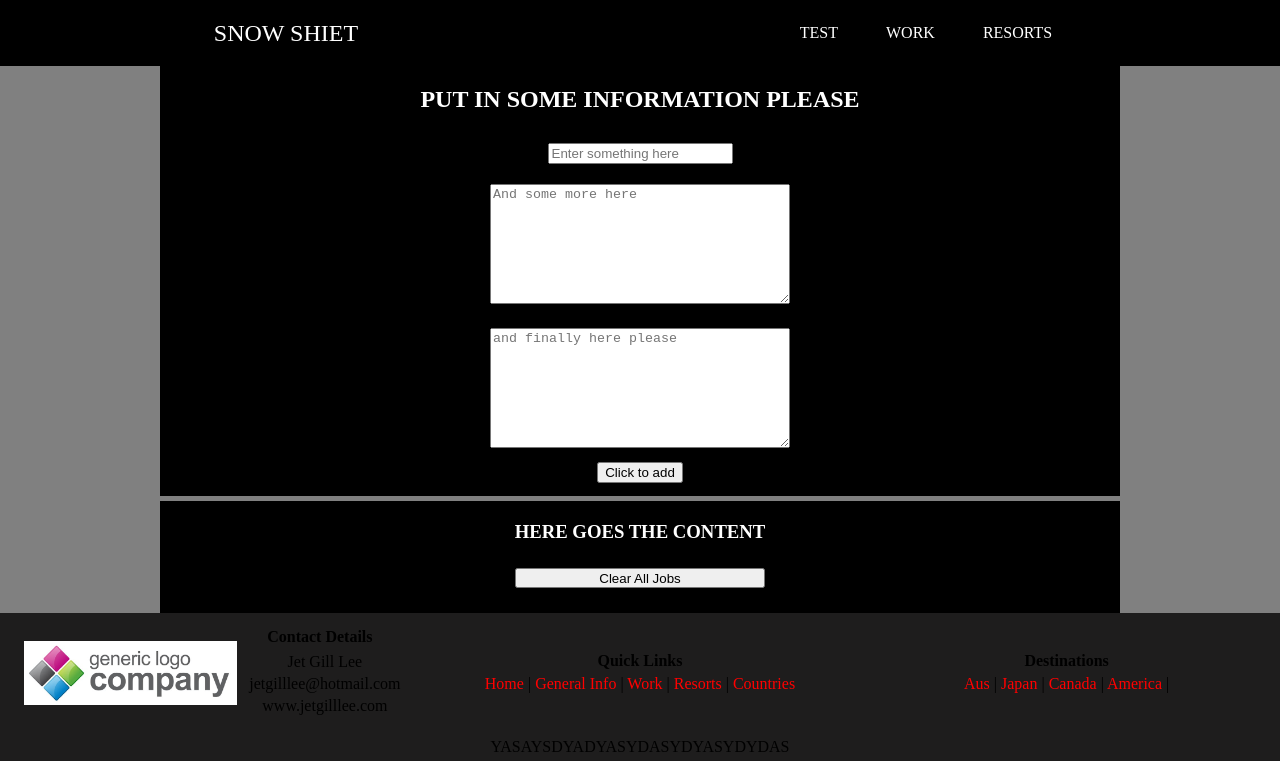
Repository: Jet-Gill-Lee/SnowSite
Page: submit-stuff.html
These files come from the project's save history. The page is drawn as it stood at one moment and after the next save; the edit follows.
The browser window is 1280 px wide. The pictures show the whole page.

Above is the page before, as saved 2021-07-24 23:12:14.

### submit-stuff.html
<!DOCTYPE html>
<html lang="en">
<head>
  <meta charset="UTF-8">
  <meta http-equiv="X-UA-Compatible" content="IE=edge">
  <meta name="viewport" content="width=device-width, initial-scale=1.0">
  <title>Document</title>
  <script src="submitScript.js" defer></script>
  <link rel="stylesheet" href="./css/submitStuff.css"></style>
  <link rel="stylesheet" href="./css/stylesheet.css">
</head>
<div class="navbar">
  <div class="brand-title"><a href='index.html'>SNOW SHIET</a></div>
    <a href='#' class='toggle-button'>
    <span class="bar"></span>
    <span class="bar"></span>
    <span class="bar"></span></a>
  <div class="navbar-links">
    <ul>
      <li><a href="submit-stuff.html">TEST</a></li>
      <li><a href="work-overview.html">WORK</a></li>
      <li><a href="resorts-overview.html">RESORTS</a></li>
    </ul>
  </div>
</div>

  <div class="form-container">
    <h2>PUT IN SOME INFORMATION PLEASE</h2>
    <div id='error'></div>
    <form id="addNewJob">
    <div class='form-box'>
      <!-- <label for="job-title"></label> -->
      <input type="text" id='job-title' placeholder="Enter something here">
    </div>
    <div class='form-box'>
      <!-- <label for="job-descrip"></label> -->
      <textarea id='job-descrip' placeholder="And some more here" style='width:300px;height:120px;'></textarea>
    </div>
    <div class='form-box'>
      <!-- <label for="job-benefits"></label> -->
      <textarea id='job-benefits' placeholder="and finally here please" style='width:300px;height:120px;'></textarea>
    </div>
    <div class="form-button">
      <button id='btn'>Click to add</button>
    </div>
    <div id="msg">
      <pre></pre>
    </div>
    </form>
    </div>
</div>
  <div class="section-header"><h3>HERE GOES THE CONTENT</h3></div>
  <div id="job-listings">
      <!-- JOB LISTING CONTENT GOES HERE -->
  </div>
  <div id='button-back'>
  <button id='btn2'>Clear All Jobs</button>
  </div>
  <div class="footer">
    <div class='footer-flex-container'>
      <div class="footer-flex-item contact">
        <img src="./image/generic-logo.jpg" alt="" srcset="" style='width:50%'>
        <div class="text-wrapper">
        <h4>Contact Details</h3>
        <p>Jet Gill Lee</p>
        <p>jetgilllee@hotmail.com
        </p>
        <p>www.jetgilllee.com</p>
        </div>
      </div>
      <div class="footer-flex-item flex-gen-links">
        <div class='link-wrapper'>
          <h4>Quick Links</h4>
        <a href="index.html">Home</a> <span> | </span>
        <a href="general-info.html">General Info</a><span> | </span>
        <a href="work-overview.html">Work</a><span> | </span>
        <a href="resorts-overview.html">Resorts</a><span> | </span>
        <a href="country-splash.html">Countries</a>
        </div>
      </div>
      <div class="footer-flex-item flex-links">
        <div class="link-wrapper">
            <h4>Destinations</h4>
          <a href="country.html">Aus</a> <span> | </span>
          <a href="country.html">Japan</a> <span> | </span>
          <a href="country.html">Canada</a> <span> | </span>
          <a href="country.html">America</a> <span> | </span>
        </div>
      </div>
    </div>
    <div class="copyright">YASAYSDYADYASYDASYDYASYDYDAS</div>
  </div>


</body>
</html>

### submitScript.js

let jobList = []
const addJob = (e) => {
  e.preventDefault()
  let newJob = {
    id: Date.now(),
    jobTitle: document.getElementById('job-title').value,
    jobDescrip: document.getElementById('job-descrip').value,
    jobBenefits: document.getElementById('job-benefits').value
  }
  if (newJob.jobTitle === '' || newJob.jobDescrip === '' || newJob.jobBenefits === ''){
    let error = document.getElementById('error');
    error.textContent = 'You must fill out all fields'
    return
  }
  document.querySelector('#addNewJob').reset();
  const jobInfo = newJob
  const { jobTitle, jobDescrip, jobBenefits } = jobInfo
  const newJobBox = document.createElement('div');
  newJobBox.classList.add('job-box')
  const jobBoxContent = `
                        <div class='job-box-column job-box-title'><h4>Title</h4><span>${jobTitle}</span></div>
                        <div class='job-box-column job-box-content'><h5>Header</h5><span>${jobDescrip}</span></div>
                        <div class='job-box-column job-box-content'><h5>Second Header</h5><span>${jobBenefits}</span></div>
                        `

  // const newContent = document.createTextNode(`Job Title: ${jobTitle} - Job Description: ${jobDescrip} - Job Benefits: ${jobBenefits}`)
  newJobBox.innerHTML = jobBoxContent
  const jobListings = document.getElementById('job-listings')
  jobListings.append(newJobBox)
  // newDiv.append(newContent);
  // const currentDiv = document.getElementById('job-listings')
  // currentDiv.append(newDiv)
  localStorage.setItem('JobList', jobListings.innerHTML)
  }
//   let pre = document.querySelector('.job-listings div');
//   pre.textContent = '\n' + JSON.stringify(jobList, '\t', 2);
// }

const clearJobs = (e) => {
  e.preventDefault();
  var jobList = document.getElementById('job-listings')
  while (jobList.firstChild){
    jobList.firstChild.remove()
  }
  localStorage.removeItem('JobList')
}
document.addEventListener('DOMContentLoaded', () => {
  document.getElementById('btn').addEventListener('click', addJob)
  document.getElementById('btn2').addEventListener('click', clearJobs)
});
//should it be done like this? not sure how it'll
document.body.onload = getSavedJobs;
function getSavedJobs() {
  const savedJobs = localStorage.getItem('JobList')
  if (!savedJobs){
    console.log('no local storage')
  } else {
    const jobList = document.getElementById('job-listings')
    jobList.innerHTML = savedJobs;
    console.log('get local storage')
  }
}

### css/submitStuff.css

* {
  box-sizing: border-box;
}
body {
  background-color: grey;
}
.form-container {
  width: 75%;
  min-width: 380px;
  min-height: 20vh;
  background-color: black;
  display: flex;
  flex-direction: column;
  justify-content: center;
  align-items: center;
  margin: auto;
  color: white;
  text-align: center;
}

#addNewJob {
  display:flex;
  flex-direction: column;
  align-items: center;
  justify-content: start;
}
#error {
  color: white;

}
.form-box {
  padding: 10px;
}
#btn {

  margin: auto;
}
#job-listings {
  display:flex;
  width:75%;
  min-width: 380px;
  background-color: black;
  color: white;
  margin:auto;
  justify-content: flex-start;
  flex-direction: column;
  text-align: center;
  min-width: 380px;

}
.job-box {
  display: flex;
  justify-content: space-around;
  margin-left: 30px;
  margin-right: 30px;
  margin-bottom: 30px;
  margin: none;
  flex-wrap: wrap;
}
.job-box-column {
  display:flex;
  flex-direction: column;
  align-items: center;
  border: 1px solid white;
  flex: 2;
  text-align: center;
  padding: 10px;
}
.job-box-title {
  flex: 1;
}
.job-box-title h4 {
  margin-top: 5%;
  margin-bottom: 5%;
}
.job-box-content{
  min-width: 300px;
}
.job-box-content h5 {
  margin-top: 4%;
}


#btn2 {
 width: 250px;
 height: 20px;
 display:block;
 margin:auto;
}
.section-header{
  width:75%;
  background-color: black;
  color: white;
  margin:auto;
  padding: 25px;
  text-align: center;
  padding-top: 20px;
  min-width: 380px;
  margin-top: 5px;

}
.section-header h3{
  padding-top: 0px;
  margin:0;
}
#button-back{
  width:75%;
  background-color: black;
  margin:auto;
  padding-bottom: 25px;
  min-width: 380px;

}

### css/stylesheet.css
body {
  margin:0;
  padding:0;
}
* {
  box-sizing: border-box;
}
.hero {
  background: url('../image/background-desktop.jpg');
  background-repeat: no-repeat;
  background-size: cover;
  background-position: 50% 0;
  height: 100vh;
}
.navbar {
  display: flex;
  background-color: rgba(0, 0, 0);
  justify-content: space-around;
  align-items: center;
  box-sizing: unset;
}
.brand-title {
  font-size: 1.5rem;
  height: 100%;
}
.brand-title a{
  color: white;
  text-decoration: none;
  padding: 10px;
  display:block;
}
.navbar-links {
  height: 100%;
  align-items: center;
  justify-content: space-around;
}
.navbar-links ul{
  display: flex;
  list-style: none;
  padding: 0;
}
.navbar-links li a {
  padding: 0.5rem 1.5rem;
  text-decoration: none;
  display:block;
  color:white;
}
.navbar-links ul li a:hover {
  background-color: rgba(255, 255, 255, 0.178);
}

.toggle-button {
  display: none;
  flex-direction: column;
  justify-content: space-between;
  width: 30px;
  height: 20px;
  position: absolute;
  top: 1rem;
  right: 1.5rem;
}
.toggle-button .bar {
  width: 100%;
  height: 3px;
  background-color: white;
  border-radius: 10px;
}
.hero-content {
  margin-left: 20%;
  padding-top: 12vh;
}
.hero-text {
  width:45%;
  font-size: 3rem;
  display:none;
}
.hero-text.active {
  display: block;
}
.footer-flex-container {
  display: flex;
  flex-wrap: wrap;
  justify-content: space-around;
}
.footer {
  background-color: rgba(14, 13, 13, 0.863);
}
.footer-flex-item {
  min-width: 300px;
  width: 33.3%;
  display:flex;
  align-items: center;
  justify-content: center;
  min-height: 120px;
  text-align: center;
}

.footer-flex-item a{
  text-decoration: none;
  color:red;
}
.footer-flex-item a:visited{
  text-decoration: none;
  color: red;
}
.footer-flex-item p {
  padding: 2px;
  margin-bottom: 0;
  margin-top: 0;
  margin-left: 10px;
}
.footer-flex-item h4 {
  margin-top: 0;
  margin-bottom: 5px;
}
.copyright {
  text-align: center;
  width: 100%;
  padding: 5px;

}

@media (max-width: 600px) {
  .hero {
    height: 70vh;
  }
  .navbar-links {
    display:none;
    width: 100%;
  }
  .toggle-button {
    display: flex;
  }
  .hero-content {
    padding-top: 6vh;
  }
  .hero-text {
    position: absolute;
    top: 100px;
    z-index: 1;
  }
  .brand-title {
    padding-left: 20px;
  }
  .navbar {
    flex-direction: column;
    align-items: flex-start;
  }
  .navbar-links ul {
    flex-direction: column;
    align-items: center;
    width: 100%;
  }
  .navbar-links ul li {
    width: 100%;
    text-align: center;
  }
  .navbar-links.active {
    display: flex;
    z-index: 10;
  }
}
@media (max-width: 400px) {
 .hero {
   height: 50vh;
 }
 .hero-content {
   margin: 20px;
 }
 .hero-text {
   padding-top: 10px;
   top: 50px;
   width: 80%;
   word-wrap: break-word;
 }
}

After the next save:
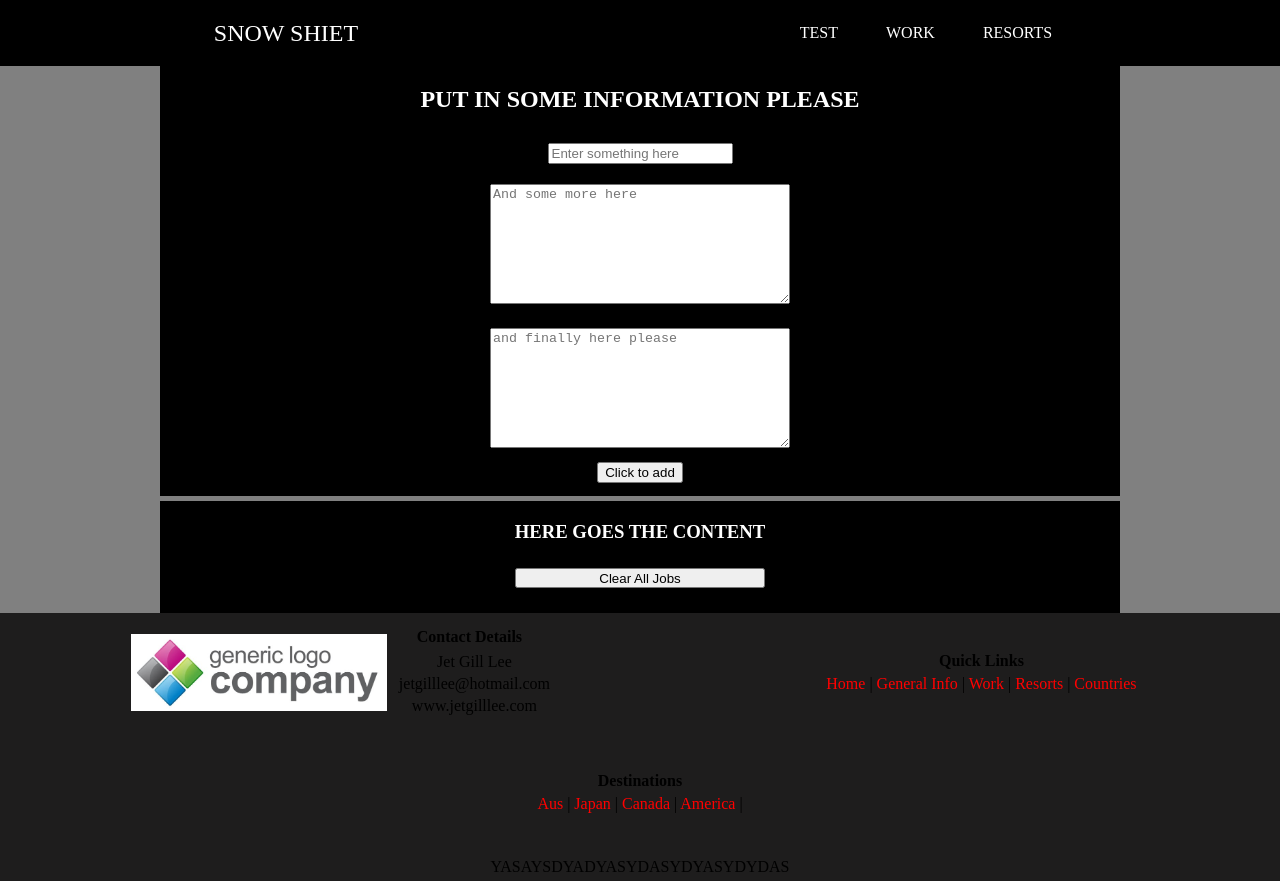
Saved 10 min 13 s later.
--- a/css/stylesheet.css
+++ b/css/stylesheet.css
@@ -94,7 +94,9 @@ body {
   min-height: 120px;
   text-align: center;
 }
-
+.footer-flex-item.contact {
+  flex-basis: 40%;
+}
 .footer-flex-item a{
   text-decoration: none;
   color:red;
